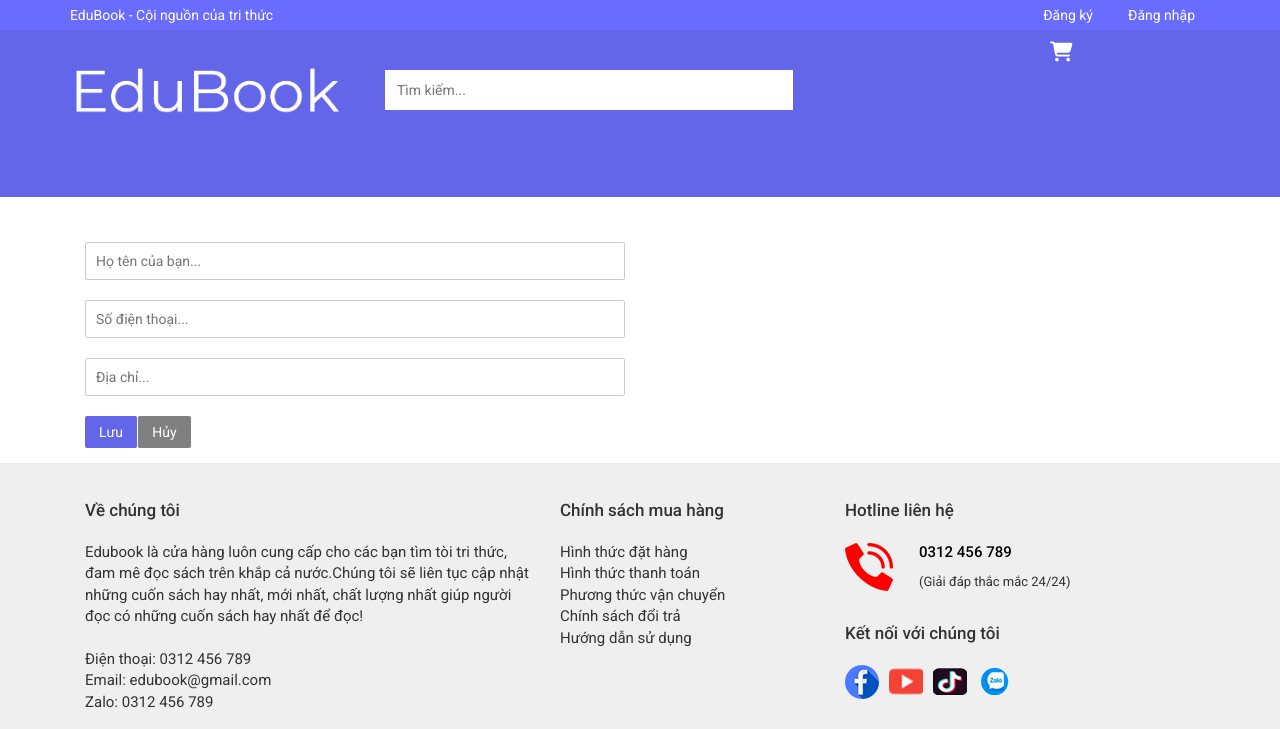
Repository: ThieuDV091002/BookShop
Page: http://localhost/address/address_form
These files come from the project's save history. The page is drawn as it stood at one moment and after the next save; the edit follows.
The browser window is 1280 px wide. The pictures show the whole page.
Some web fonts or font styles are not loaded; a fallback is used. The page is this project's Thymeleaf template; nobody is signed in. The template is opened directly, without the code that normally fills it, so the values that code supplies are empty.

Above is the page before, as saved 2023-07-19 07:38:04.
Console error: TypeError: Cannot read properties of null (reading 'style')

After the next save:
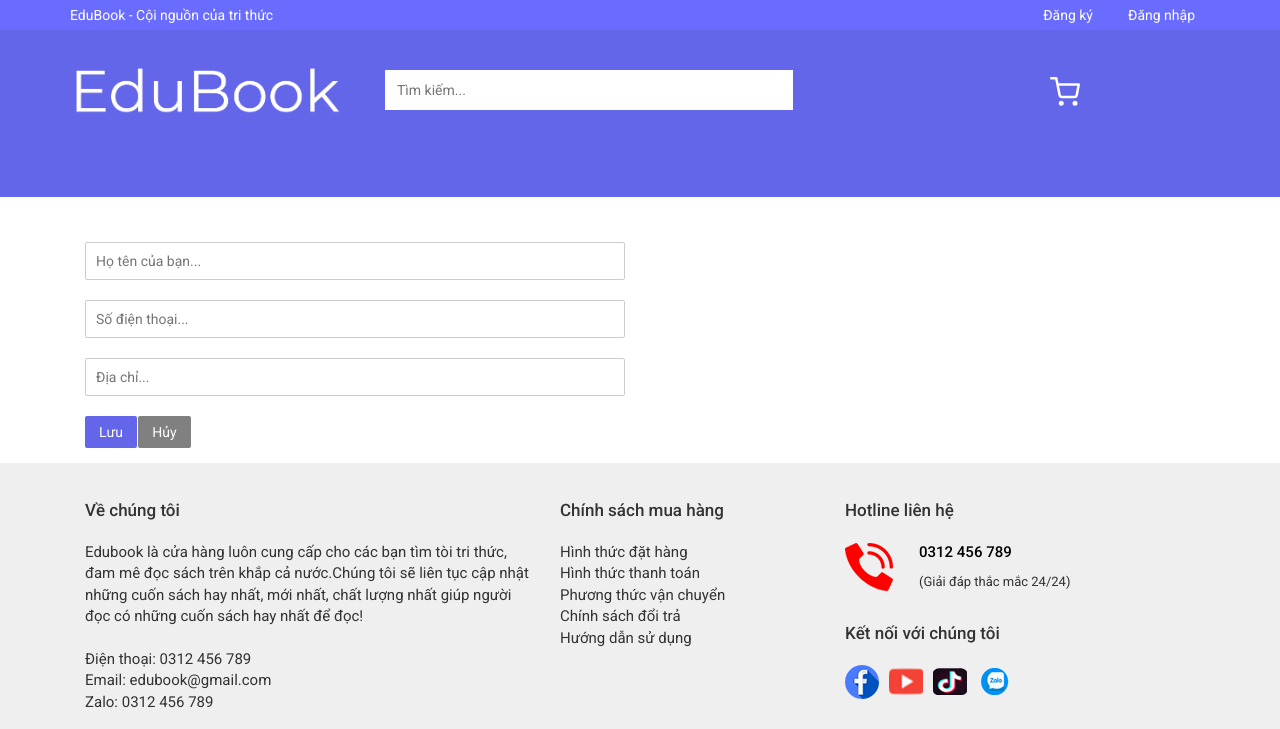
Saved 2 min 24 s later.
--- a/EduBookProject/EduBookWebparent/EduBookFrontEnd/src/main/resources/templates/address/address_form.html
+++ b/EduBookProject/EduBookWebparent/EduBookFrontEnd/src/main/resources/templates/address/address_form.html
@@ -69,42 +69,47 @@
 						</form>
 					</div>
 
-					<a href="cart.html" class="col-lg-1 col-md-1 col-sm-0 header__cart">
-						<div class="header__cart-icon-wrap">
-							<a th:href="@{/cart}"> <span class="header__notice">0</span>
-								<i class="fas fa-shopping-cart header__nav-cart-icon"></i>
-							</a>
-						</div>
-					</a>
+					<a href="cart.html"
+							class="col-lg-1 col-md-1 col-sm-0 header__cart">
+							<div class="header__cart-icon-wrap" style="padding-top: 35px">
+								<a th:href="@{/cart}">
+									<svg xmlns="http://www.w3.org/2000/svg" width="30" height="30" style="color: white"
+									viewBox="0 0 24 24" fill="none" stroke="currentColor" stroke-width="2"
+									stroke-linecap="round" stroke-linejoin="round" class="feather feather-shopping-cart" id="IconChangeColor">
+									<circle cx="9" cy="21" r="1"></circle><circle cx="20" cy="21" r="1"></circle>
+									<path d="M1 1h4l2.68 13.39a2 2 0 0 0 2 1.61h9.72a2 2 0 0 0 2-1.61L23 6H6" id="mainIconPathAttribute"></path></svg>
+								</a>
+							</div>
+						</a>
 				</section>
 			</div>
 		</div>
 
 		<div class="header__nav">
-			<div class="container">
-				<section class="row">
-					<th:block sec:authorize="isAuthenticated()">
-						<div class="header__nav-menu-wrap col-lg-3 col-md-0 col-sm-0">
-							<div class="header__nav-menu-title"
-								sec:authentication="principal.hoten"></div>
-						</div>
-						<div class="header__nav col-lg-9 col-md-0 col-sm-0">
-							<ul class="header__nav-list">
-								<li class="header__nav-item"><a href="index.html"
-									class="header__nav-link">Thông tin tài khoản</a></li>
-								<li class="header__nav-item"><a href="category.html"
-									class="header__nav-link">Đơn hàng</a></li>
-								<li class="header__nav-item"><a href="product.html"
-									class="header__nav-link">Địa chỉ</a></li>
-								<li class="header__nav-item"><a id="logoutLink" href=""
-									class="header__nav-link">Đăng xuất</a></li>
-
-							</ul>
-						</div>
-					</th:block>
-				</section>
-			</div>
-		</div>
+				<div class="container">
+					<section class="row">
+						<th:block sec:authorize="isAuthenticated()">
+							<div class="header__nav col-lg-9 col-md-0 col-sm-0">
+								<ul class="header__nav-list">
+									<li class="header__nav-item"><a th:href="@{/customer-update}"
+										class="header__nav-link">Thông tin tài khoản</a></li>
+									<li class="header__nav-item"><a th:href="@{/order}"
+										class="header__nav-link">Đơn hàng</a></li>
+									<li class="header__nav-item"><a th:href="@{/address_book}"
+										class="header__nav-link">Địa chỉ</a></li></li>
+									<li class="header__nav-item"><a th:href="@{/review}"
+										class="header__nav-link">Đánh giá</a></li></li>
+									<li class="header__nav-item"><a th:href="@{/request}"
+										class="header__nav-link">Khiếu nại</a></li>
+									<li class="header__nav-item"><a id="logoutLink" href=""
+										class="header__nav-link">Đăng xuất</a></li>
+
+								</ul>
+							</div>
+						</th:block>
+					</section>
+				</div>
+			</div>
 	</header>
 
 	<section class="contact">
